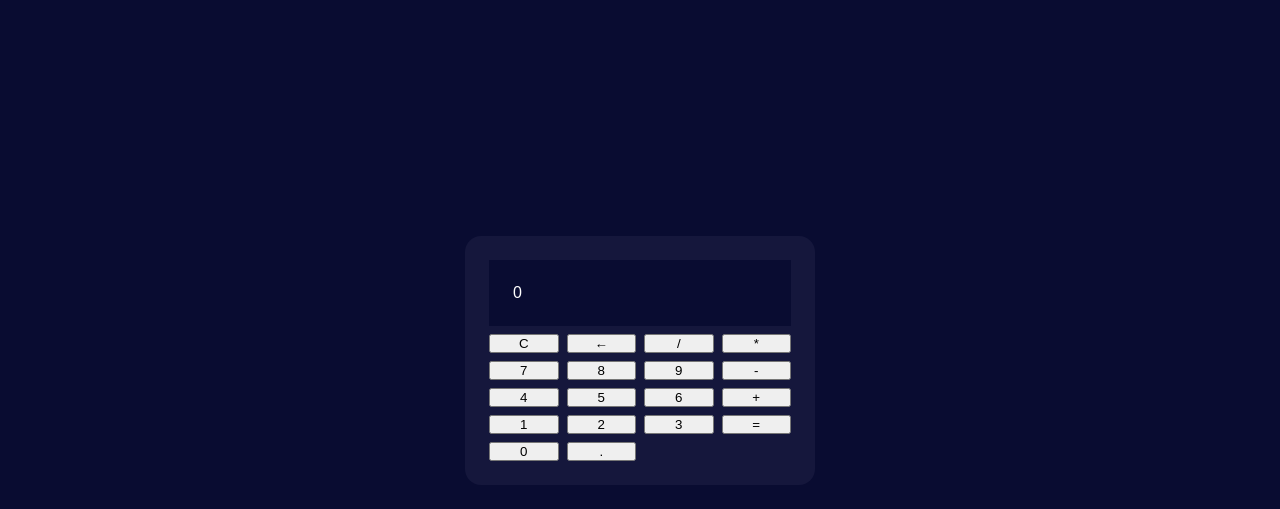
Repository: Herinyhert/Calculator
Page: index.html
These files come from the project's save history. The page is drawn as it stood at one moment and after a run of saves; the edit follows.
The browser window is 1280 px wide. The pictures show the whole page.

Above is the page before, as saved 2023-05-21 20:47:21.

After the next 2 saves:
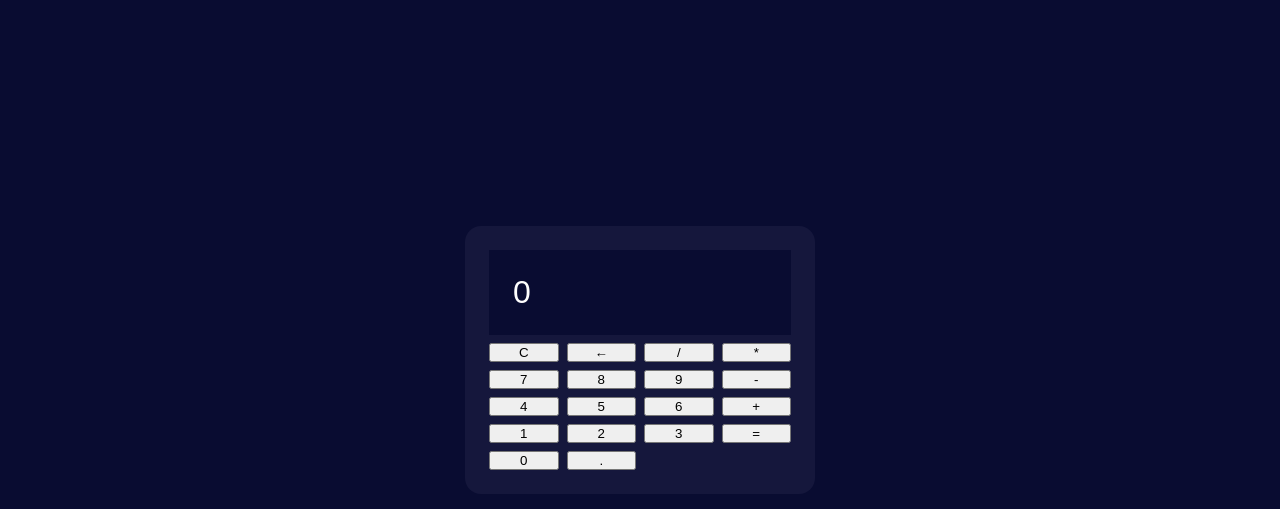
The 2 saves are shown as one change because they came seconds apart.
The last was saved 6 s later.
--- a/css/main.css
+++ b/css/main.css
@@ -29,5 +29,6 @@ body{
     grid-column: 1 / -1;
     background-color: #090c31;
     padding: 1.5rem;
-    font-size: ;
+    font-size: 2rem;
+
 }
